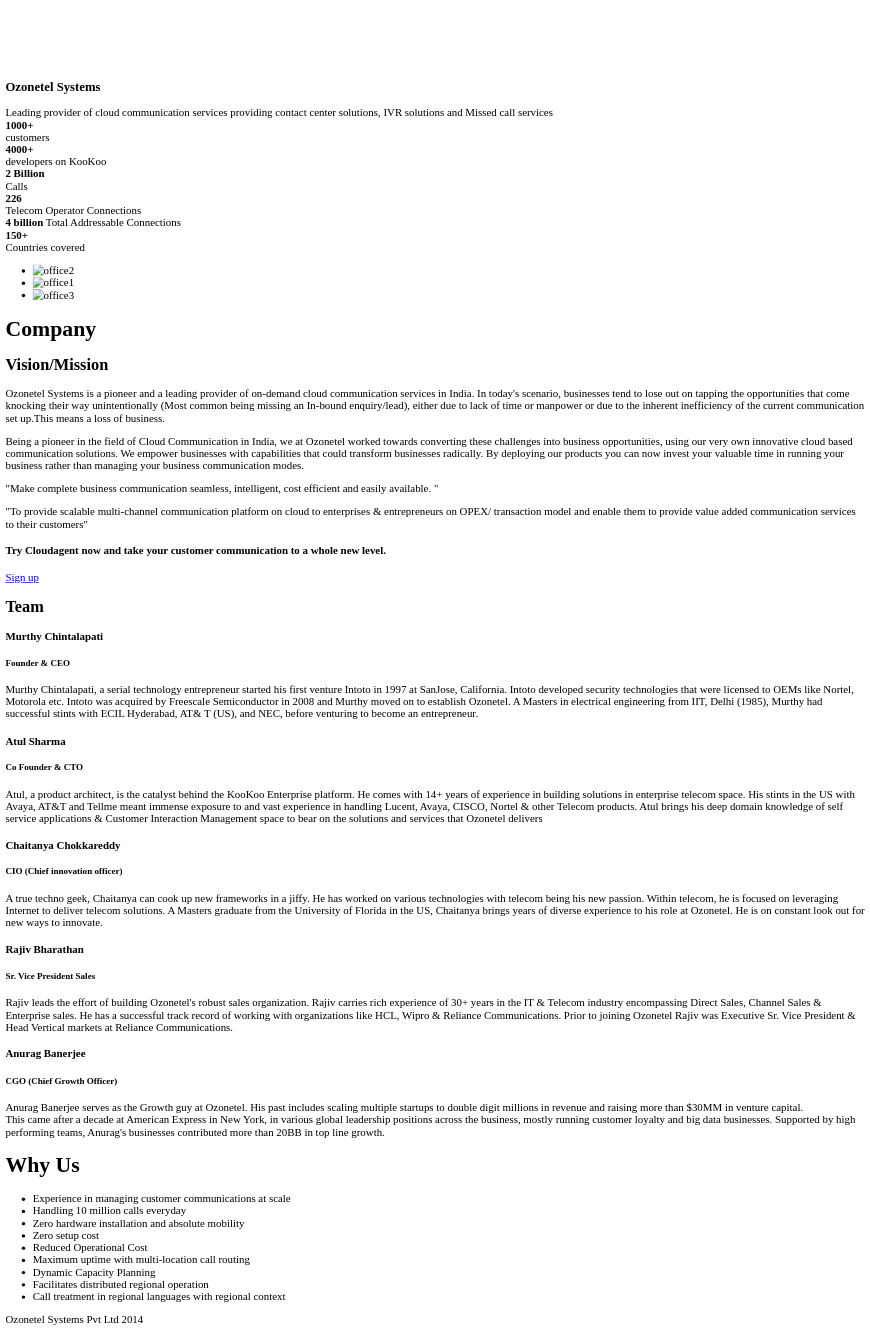
Repository: ashutosh238/ozonetelblogsite
Page: OzonetelBlogSiteFrontEnd/Web/c_aboutUs/AboutUs.html
An editor plug-in stored every save of this project. The page is shown before and after the next save, followed by the edit.
The browser window is 1280 px wide. The pictures show the whole page, at 68% of full size.

Above is the page before, as saved 2019-01-08 11:02:16.
Not found: OzonetelBlogSiteFrontEnd/Web/c_aboutUs/images/ozooffice1.png
Not found: OzonetelBlogSiteFrontEnd/Web/c_aboutUs/images/ozooffice2.png
Not found: OzonetelBlogSiteFrontEnd/Web/c_aboutUs/images/ozooffice3.png

### OzonetelBlogSiteFrontEnd/Web/c_aboutUs/AboutUs.html
<div id="slider">
		<div class="container">
			<div class="row header">
				<div class="col-md-12">
				<br>
				<br><br>
<br>	<br>				<h3>Ozonetel Systems</h3>
					<div>
						Leading provider of cloud communication services providing contact center solutions, IVR solutions and Missed call services
					</div>

				</div>
			</div>
			<div id="info">
				<div class="row stats">
					<div class="col-sm-2">
						<strong>1000+</strong><br/>
						customers
					</div>
					<div class="col-sm-2">
						<strong>4000+</strong><br/>
						developers on KooKoo
					</div>
					<div class="col-sm-2">
						<strong>2 Billion</strong><br/>
						Calls
					</div>
					<div class="col-sm-2">
						<strong>226</strong><br/>
						Telecom Operator Connections
					</div>
					<div class="col-sm-2">
						<strong>4 billion</strong>
						 Total Addressable Connections
					</div>
					<div class="col-sm-2">
						<strong>150+</strong>
						<br/>Countries covered</div>
				</div>
			</div>
			<div class="row">
				<div class="col-md-12">
					<div class="flexslider">
					  	<ul class="slides">
						    <li>
						      	<img src="images/ozooffice2.png" alt="office2" />
						    </li>
						    <li>
						      	<img src="images/ozooffice1.png" alt="office1" />
						    </li>
						    <li>
						      	<img src="images/ozooffice3.png" alt="office3" />
						    </li>
					  	</ul>
					</div>
				</div>
			</div>
		</div>
	</div>

	<div id="info">
		<div class="container">
			<div class="row">
				<div class="col-md-6">
					<h1>Company</h1>
				</div>
				<div class="col-md-6">
					<h2>Vision/Mission</h2>
				</div>
			</div>
			<div class="row">
				<div class="col-md-6">
					<p>
						Ozonetel Systems is a pioneer and a leading provider of on-demand cloud communication services in India.
						In today's scenario, businesses tend to lose out on tapping the opportunities that come knocking their
						way unintentionally (Most common being missing an In-bound enquiry/lead),
						either due to lack of time or manpower or due to the inherent inefficiency of the current
						communication set up.This means a loss of business.
					</p>
					<p>
						Being a pioneer in the field of Cloud Communication in India,
						we at Ozonetel worked towards converting these challenges into business opportunities,
						using our very own innovative cloud based communication solutions.
						We empower businesses with capabilities that could transform businesses radically.
						By deploying our products you can now invest your valuable time in running your business rather
						than managing your business communication modes.
					</p>
				</div>
				<div class="col-md-6">
					<!--<p>Vision</p>-->
					<p>
						"Make complete business communication seamless,
 intelligent, cost efficient and easily available.
"
					</p>
					<!--<p>Mission</p>-->
					<p>"To provide scalable multi-channel
						communication platform on cloud to
						enterprises &
						entrepreneurs on OPEX/
						transaction model and enable
						them to provide value
						added communication services to their
						customers"
					</p>
					<!--<a href="aboutus.html#" class="join-team button button-small">Join our team</a>-->
				</div>
			</div>


			<div id="cta">
				<div class="container">
					<div class="row">
						<div class="col-md-12">
							<div class="wrapper clearfix">
								<h4>Try Cloudagent now and take your customer communication to a whole new level.</h4>
								<a href="signup.html" class="button button-small">Sign up</a>
							</div>
						</div>
					</div>
				</div>
			</div>

			<div class="row team">
				<!--<div class="col-md-12 team-row">
					<img src="images/testimonials/testimonial1.jpg" data-toggle="tooltip" title="Eric Smith - CEO" alt="testimonial" />
					<img src="images/testimonials/testimonial2.jpg" data-toggle="tooltip" title="Rachel Dawes - PM" alt="testimonial" />
					<img src="images/testimonials/testimonial3.jpg" data-toggle="tooltip" title="Henry Hill - Developer" alt="testimonial" />
					<img src="images/testimonials/testimonial4.jpg" data-toggle="tooltip" title="Ana Rich - Designer" alt="testimonial" />
					<img src="images/testimonials/testimonial7.jpg" data-toggle="tooltip" title="Jessica Welch - Designer" alt="testimonial" />
					<img src="images/testimonials/testimonial8.jpg" data-toggle="tooltip" title="Charly - iOS Developer" alt="testimonial" />
				</div>-->
				<div class="col-md-12 team-row">
					<!--<div class="col-md-12" style="background-image:linear-gradient(to bottom, #006DCC 1%, #064984 50%) !important">-->
					<div class="col-md-12">
						<h2>Team</h2>
					</div>
					<div class="col-md-6">
						<h4 class="text-primary">Murthy Chintalapati</h4>
						<h5 class="text-primary">Founder & CEO</h5>
						Murthy Chintalapati, a serial technology entrepreneur started his first venture Intoto in 1997 at
						SanJose, California. Intoto developed security technologies that were licensed to OEMs like Nortel, Motorola etc.
						Intoto was acquired by Freescale Semiconductor in 2008 and Murthy moved on to establish Ozonetel.
						A Masters in electrical engineering from IIT, Delhi (1985), Murthy had successful stints with ECIL Hyderabad,
						AT& T (US), and NEC, before venturing to become an entrepreneur.
					</div>
					<div class="col-md-6">
						<h4 class="text-primary">Atul Sharma</h4>
						<h5 class="text-primary">Co Founder & CTO</h5>
						Atul, a product architect, is the catalyst behind the KooKoo Enterprise platform.
						He comes with 14+ years of experience in building solutions in enterprise telecom space.
						His stints in the US with Avaya, AT&T and Tellme meant immense exposure to and vast experience
						in handling Lucent, Avaya, CISCO, Nortel & other Telecom products.
						Atul brings his deep domain knowledge of self service applications & Customer Interaction Management
						space to bear on the solutions and services that Ozonetel delivers
					</div>
					<div class="col-md-6">
						<h4 class="text-primary">Chaitanya Chokkareddy</h4>
						<h5 class="text-primary">CIO (Chief innovation officer)</h5>
						A true techno geek, Chaitanya can cook up new frameworks in a jiffy.
						He has worked on various technologies with telecom being his new passion.
						Within telecom, he is focused on leveraging Internet to deliver telecom solutions.
						A Masters graduate from the University of Florida in the US, Chaitanya brings years of diverse experience to
						his role at Ozonetel.
						He is on constant look out for new ways to innovate.
					</div>
					<div class="col-md-6">
						<h4 class="text-primary">Rajiv Bharathan</h4>
						<h5 class="text-primary">Sr. Vice President Sales</h5>
						Rajiv leads the effort of building Ozonetel's robust sales organization.
						Rajiv carries rich experience of 30+ years in the IT & Telecom industry encompassing Direct Sales,
						Channel Sales & Enterprise sales. He has a successful track record of working with organizations
						like HCL, Wipro & Reliance Communications. Prior to joining Ozonetel Rajiv was Executive
						Sr. Vice President & Head Vertical markets at Reliance Communications.
					</div>
					<div class="col-md-6">
						<h4 class="text-primary">Anurag Banerjee</h4>
						<h5 class="text-primary">CGO (Chief Growth Officer)</h5>
						Anurag Banerjee serves as the Growth guy at Ozonetel. His past includes scaling multiple startups to double digit millions in revenue and raising more than $30MM in venture capital.<br/>This came after a decade at American Express in New York, in various global leadership positions across the business, mostly running customer loyalty and big data businesses.  Supported by high performing teams,  Anurag's businesses contributed more than 20BB in top line growth.
					</div>
				</div>
			</div>

		</div>
	</div>


	<div id="info">
		<div class="container">
			<div class="row">
					<div class="col-md-12">
						<h1>Why Us</h1>
					</div>
			</div>
			<div class="row">
				<div class="col-md-12">
						<ul>
							<li>Experience in managing customer communications at scale</li>
							<li>Handling 10 million calls everyday</li>
							<li>Zero hardware installation and absolute mobility</li>
							<li>Zero setup cost</li>
							<li>Reduced Operational Cost</li>
							<li>Maximum uptime with multi-location call routing</li>
							<li>Dynamic Capacity Planning</li>
							<li>Facilitates distributed regional operation</li>
							<li>Call treatment in regional languages with regional context</li>
						</ul>
				</div>
			</div>
		</div>
	</div>

	<div id="footer">
		<div class="container">
			<div class="row">
				<div class="col-sm-3 copyright">
					Ozonetel Systems Pvt Ltd 2014
				</div>

				</div>
			</div>
		</div>
	</div>

After the next save:
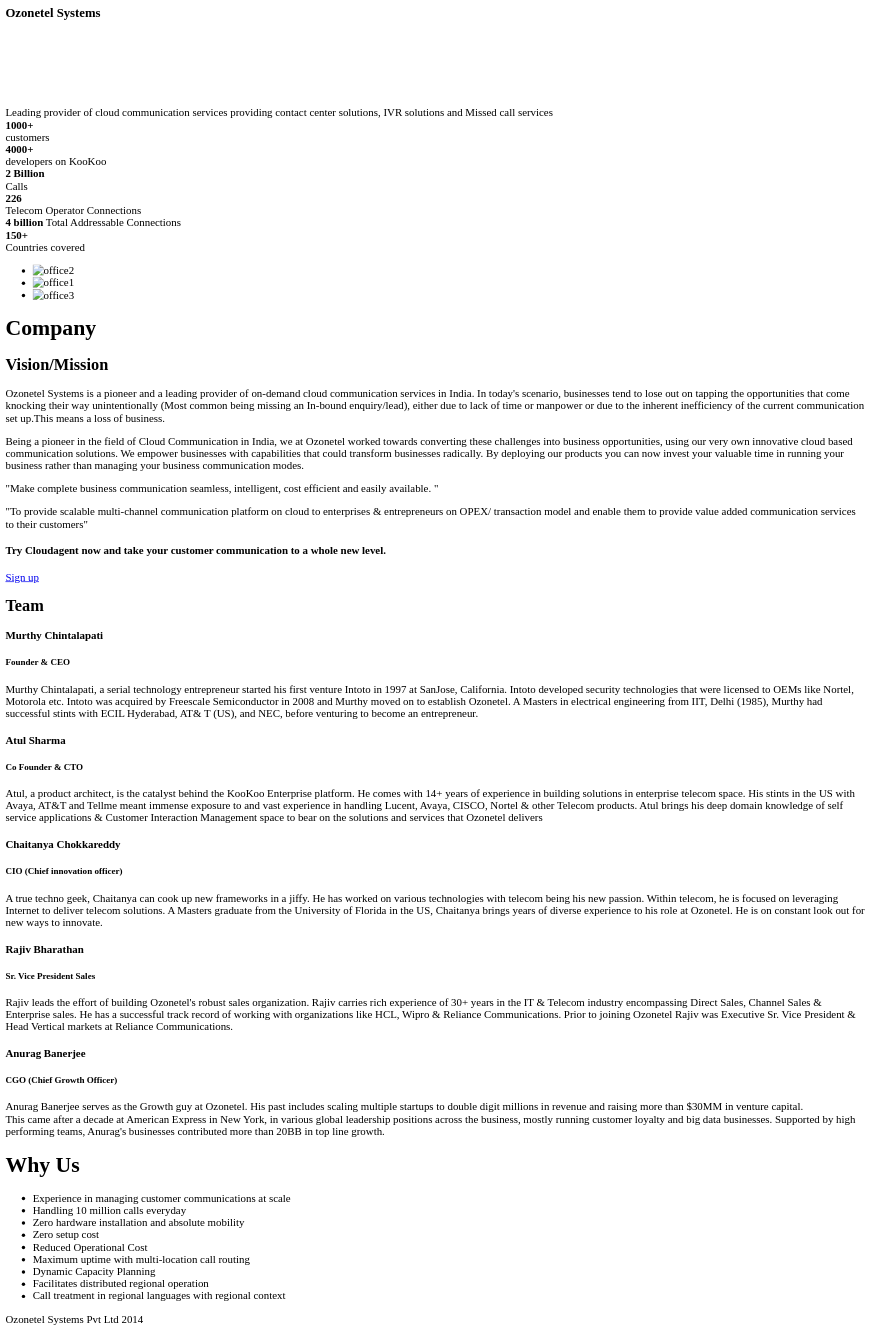
Saved 33 s later.
--- a/OzonetelBlogSiteFrontEnd/Web/c_aboutUs/AboutUs.html
+++ b/OzonetelBlogSiteFrontEnd/Web/c_aboutUs/AboutUs.html
@@ -2,9 +2,10 @@
 		<div class="container">
 			<div class="row header">
 				<div class="col-md-12">
+				<h3>Ozonetel Systems</h3>
 				<br>
+				<br><br><br>
 				<br><br>
-<br>	<br>				<h3>Ozonetel Systems</h3>
 					<div>
 						Leading provider of cloud communication services providing contact center solutions, IVR solutions and Missed call services
 					</div>
